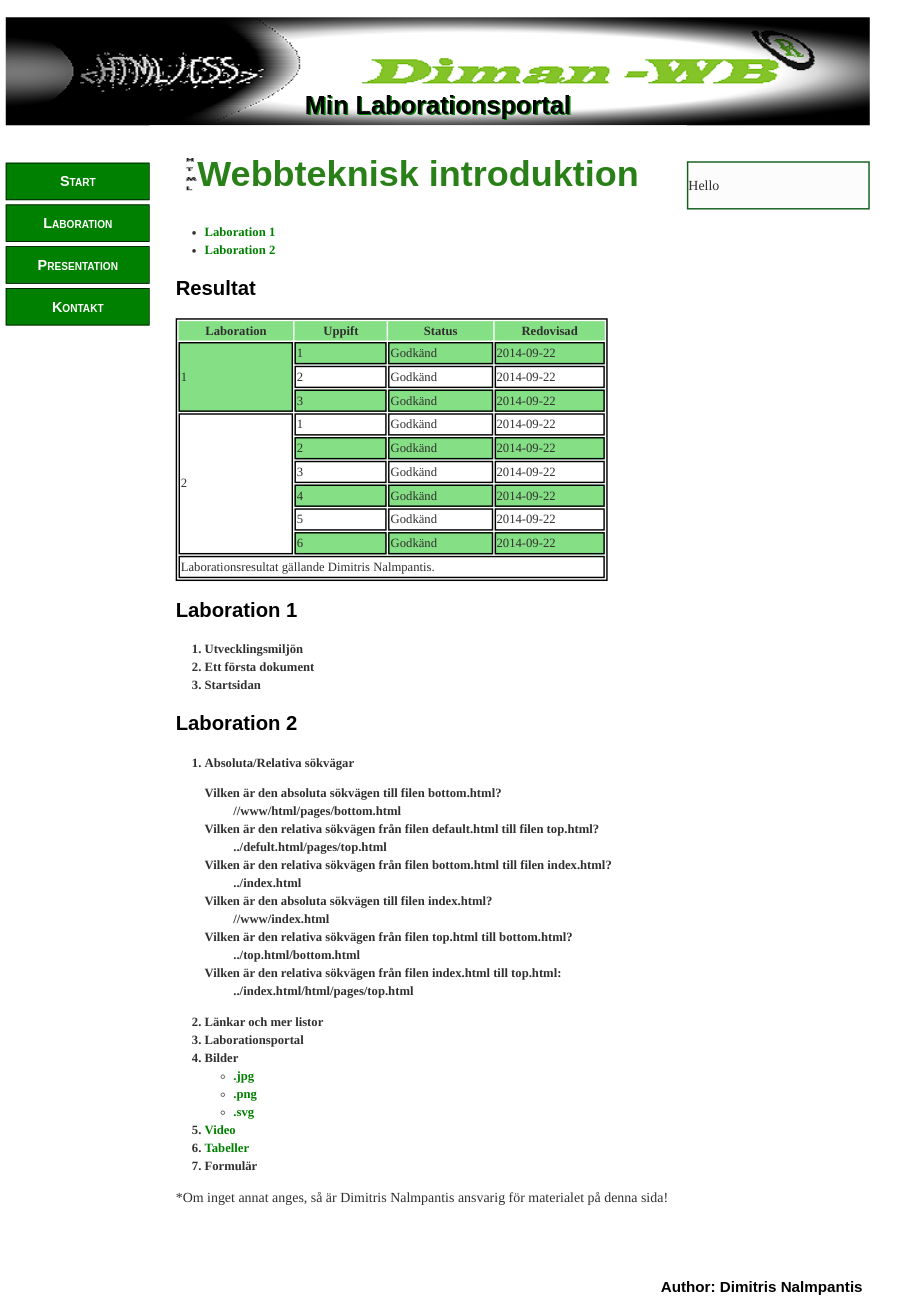
Repository: dn222em/1ik415-laborationer
Page: pages/laborationer.html
The author's editor kept a record of every edit. The page is drawn from the files as they stood at one moment, then again after the next edit.
The browser window is 1280 px wide. The pictures show the whole page, at 72% of full size.

Above is the page before.

After the next edit:
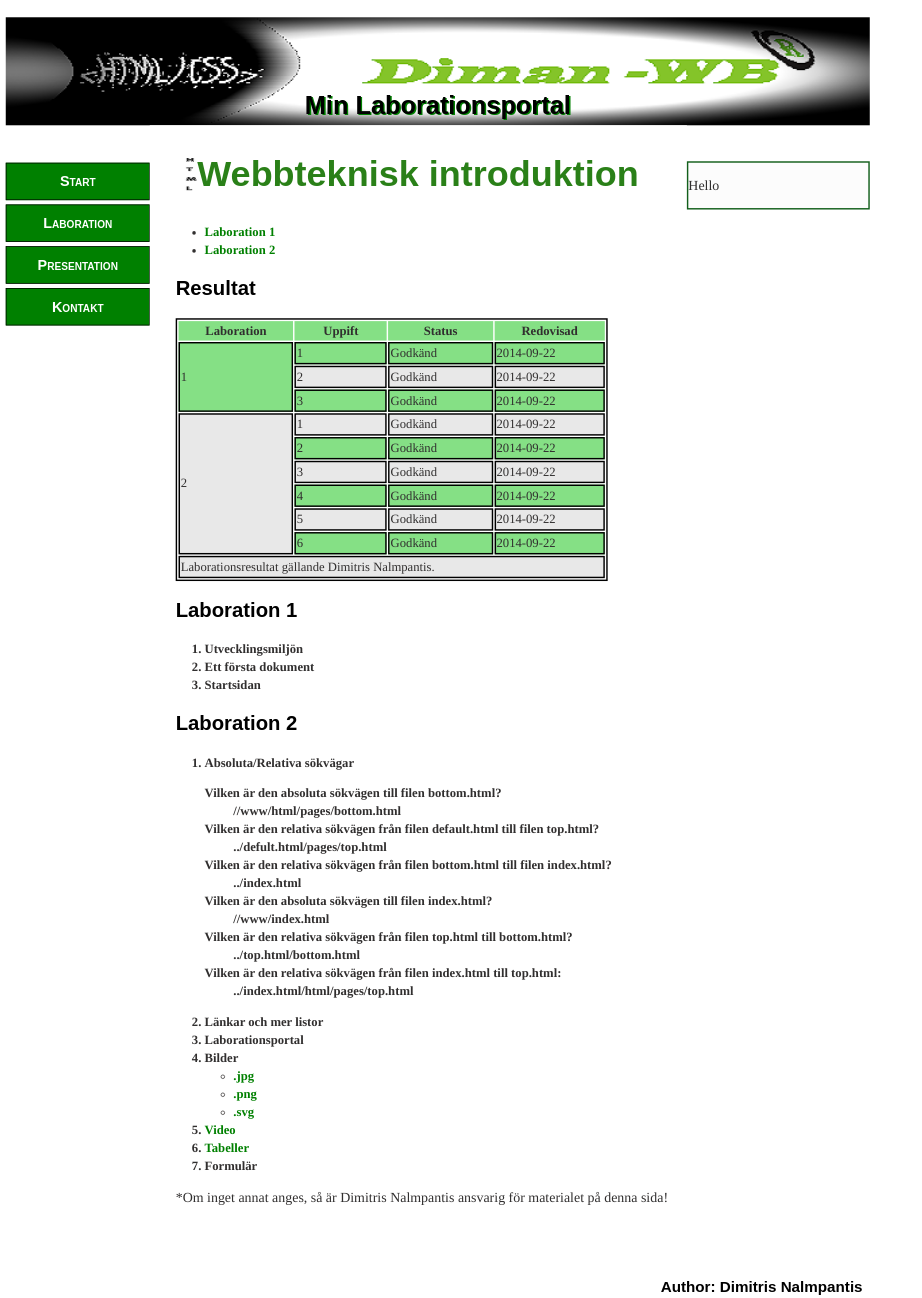
The edit:
--- a/CSS/style.css
+++ b/CSS/style.css
@@ -212,4 +212,4 @@
 
 .single{background-color: rgb(133, 224, 133);}
 
-.doubbel{
+.doubbel{background-color:rgb(232, 232, 232);}
